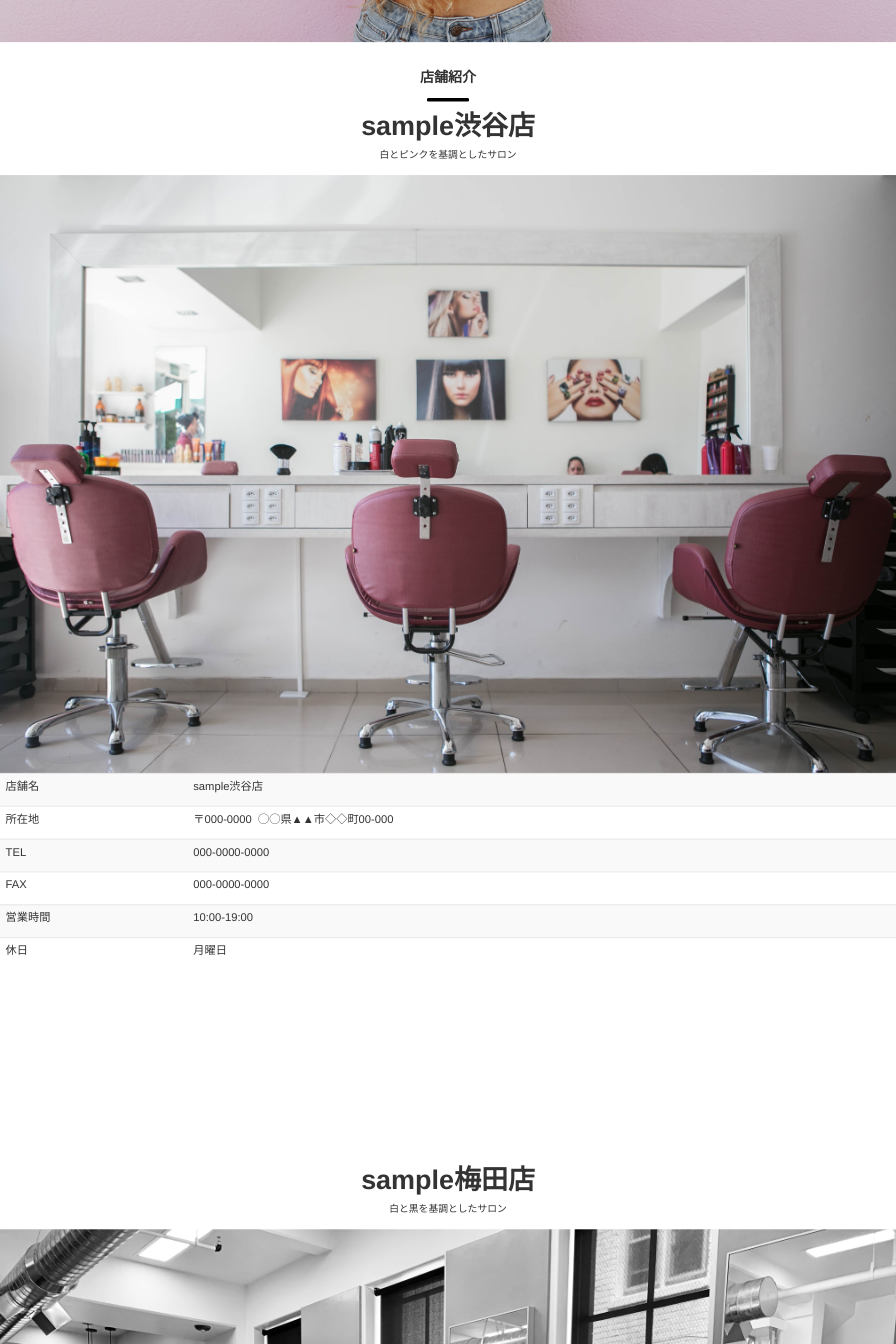
Repository: hayashikazuki/side_job_tenp_hayashi
Page: salon-tenp/profile.html
The author's editor kept a record of every edit. The page is drawn from the files as they stood at one moment, then again after the next edit.
The browser window is 1280 px wide. The pictures show the part of the page from y = 833 to 2753 px (the page is 4217 px tall before and 2800 px after), at 70% of full size.
Pictures or frames that could not be fetched are drawn as grey boxes. Some web libraries are served in a nearby version.

Above is the page before.

After the next edit:
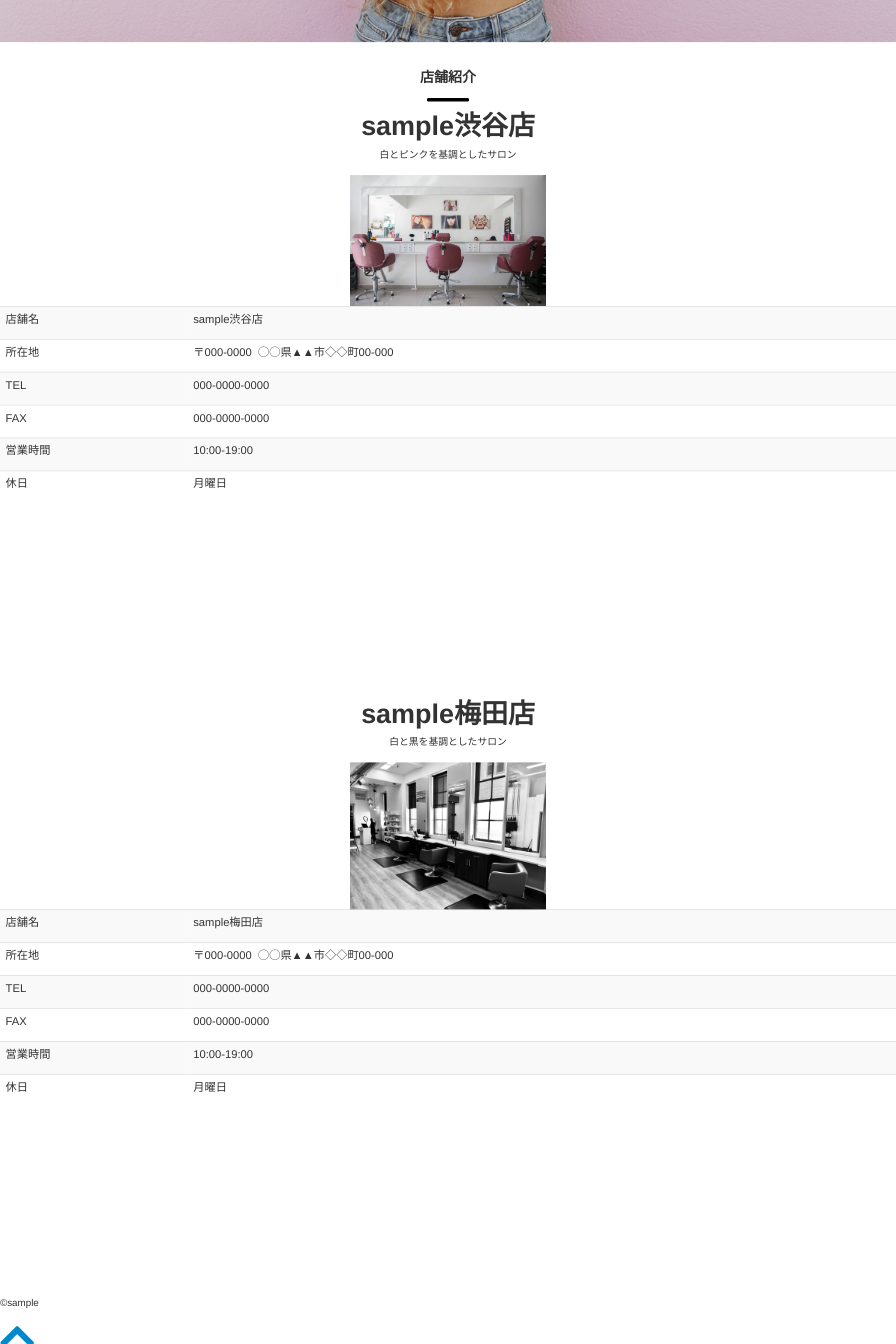
The edit:
--- a/salon-tenp/profile.css
+++ b/salon-tenp/profile.css
@@ -270,6 +270,6 @@
   margin-top:20px;
 }
 
-.main-img img{
-    width:100%;
-}
+.shop-img img{
+    width:280px;
+}
